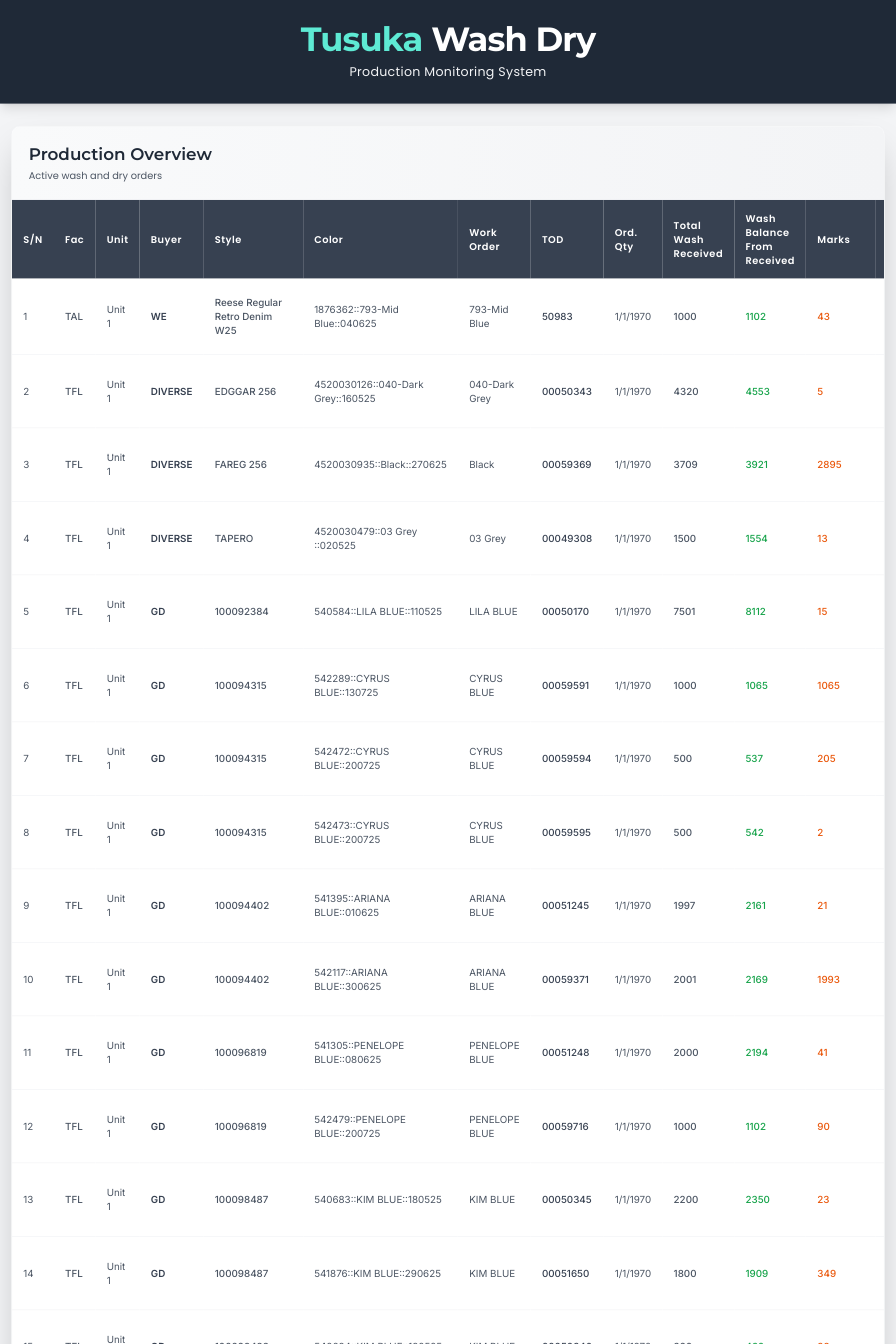
Repository: AhmedMuktadir14218/TusukaDryWash
Page: 1st Wash/index.html
These files come from the project's save history. The page is drawn as it stood at one moment and after the next save; the edit follows.
The browser window is 1280 px wide. The pictures show the part of the page from y = 0 to 1920 px (the page is 4127 px tall), at 70% of full size.
Some web libraries are served in a nearby version.

Above is the page before, as saved 2025-07-01 12:02:27.

After the next save:
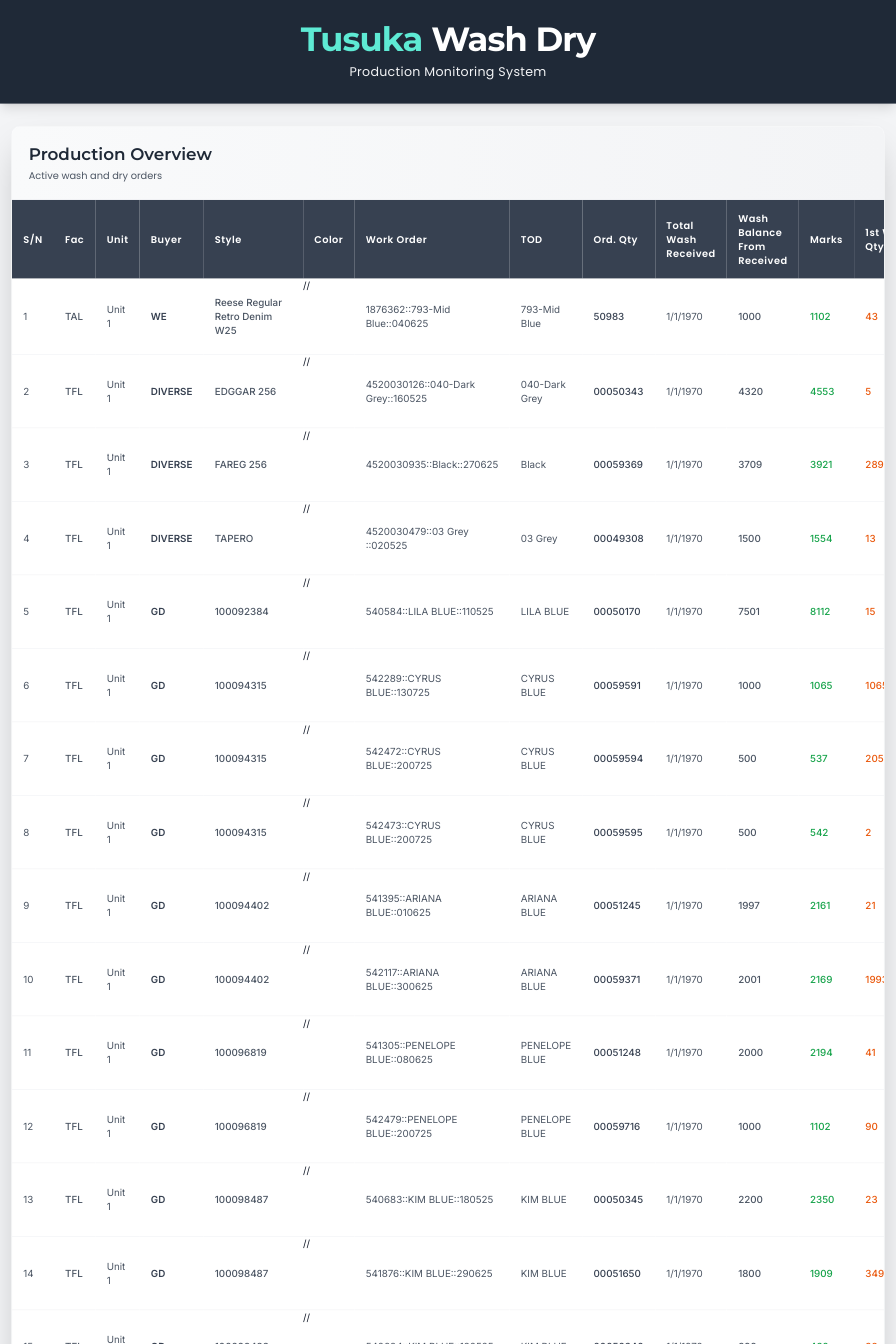
Saved 4 s later.
--- a/1st Wash/script.js
+++ b/1st Wash/script.js
@@ -29,7 +29,7 @@ function populateTable(data) {
             <td class="px-4 py-3.5 text-gray-600" data-label="Unit">${row.Unit}</td>
             <td class="px-4 py-3.5 font-semibold text-gray-700" data-label="Buyer">${row.Buyer}</td>
             <td class="px-4 py-3.5 text-gray-600 font-medium" data-label="Style">${row['Style Name']}</td>
-            <td class="px-4 py-3.5 text-gray-600" data-label="PO/Color">${row['FastReact No']}</td>
+            // <td class="px-4 py-3.5 text-gray-600" data-label="PO/Color">${row['FastReact No']}</td>
             <td class="px-4 py-3.5 text-gray-600" data-label="PO/Color">${row.Color}</td>
             <td class="px-4 py-3.5 text-gray-700 font-medium" data-label="Work Order">${row['Work Order No']}</td>
             <td class="px-4 py-3.5 text-gray-600" data-label="T. Date">${new Date(row.TOD).toLocaleDateString()}</td>
